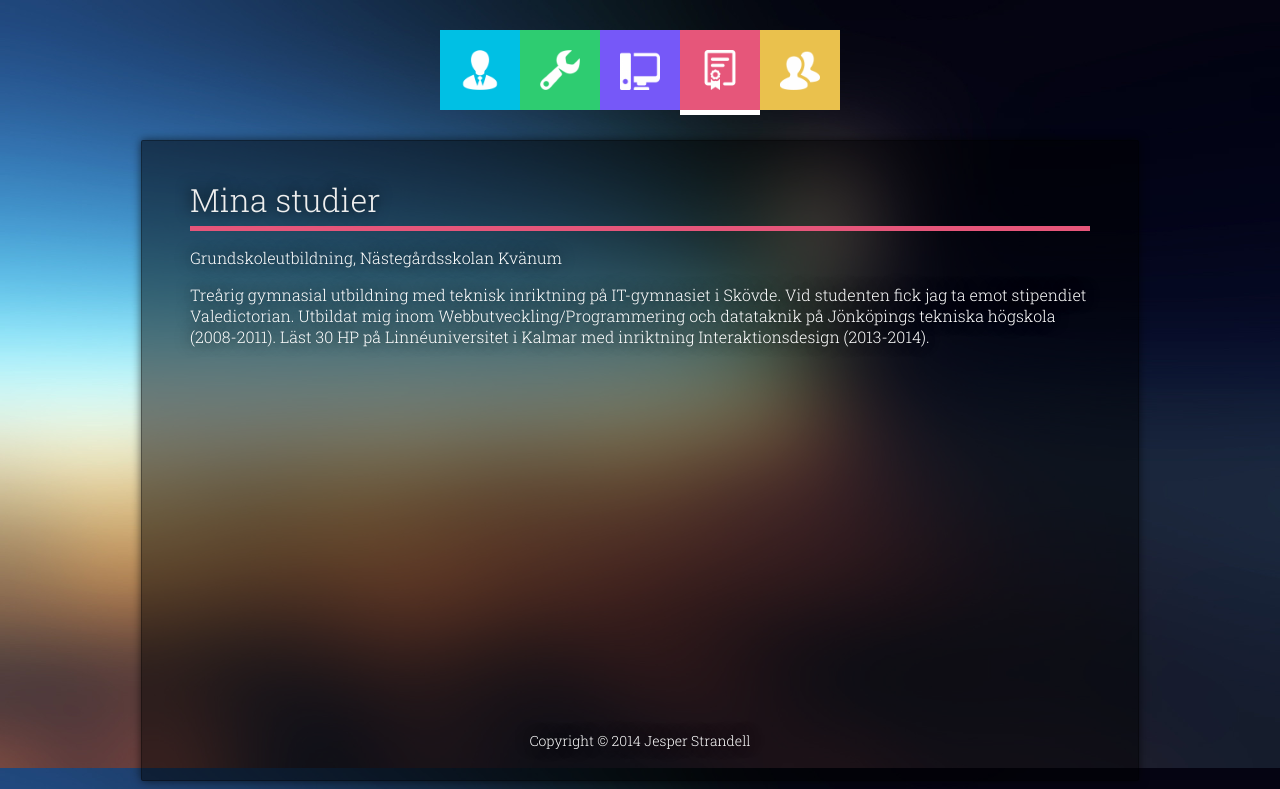
Repository: ja222vv/minipage
Page: pages/portfolio.html
The author's editor kept a record of every edit. The page is drawn from the files as they stood at one moment, then again after the next edit.
The browser window is 1280 px wide. The pictures show the whole page.
Backgrounds fixed to the window are drawn as part of the page.

Above is the page before.
Not found: pages/scripts/script.js

After the next edit:
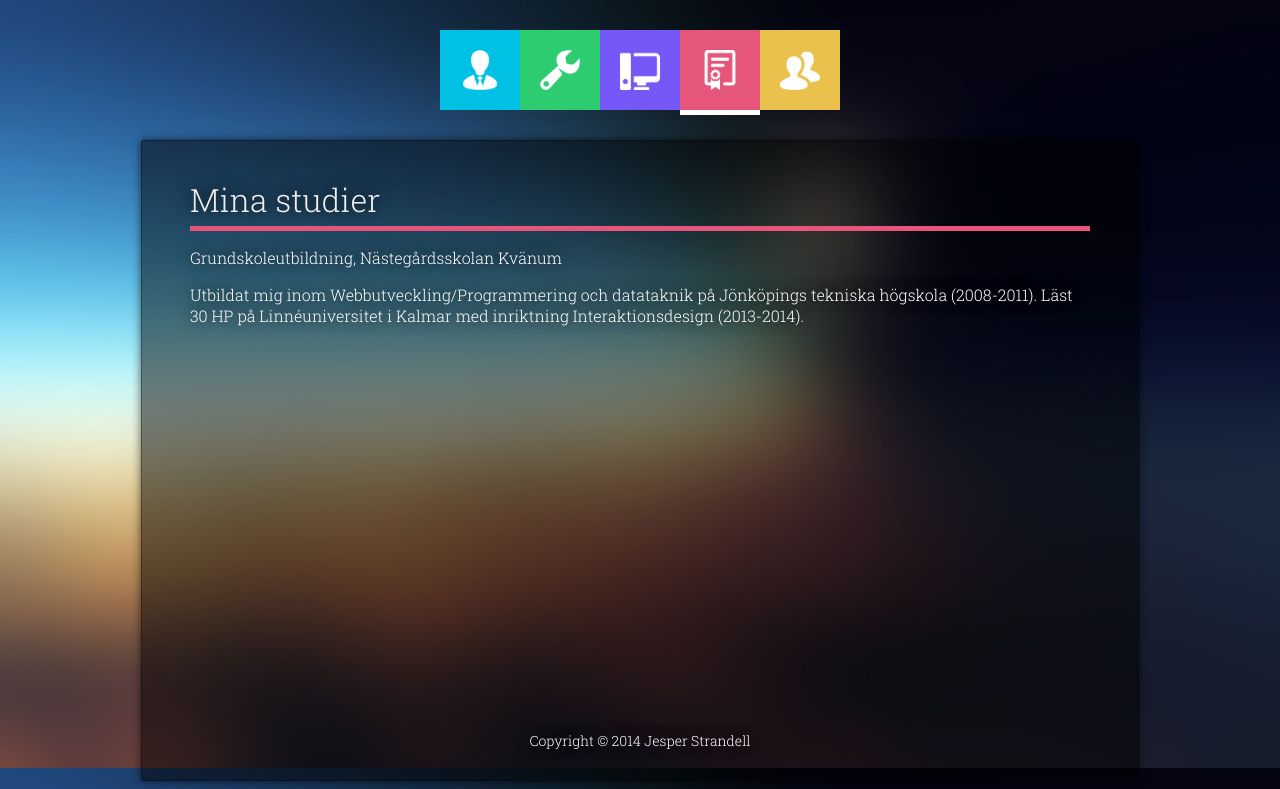
The edit:
--- a/pages/portfolio.html
+++ b/pages/portfolio.html
@@ -50,7 +50,7 @@
                 <p>
 
                 </p>
-Treårig gymnasial utbildning med teknisk inriktning på IT-gymnasiet i Skövde. Vid studenten fick jag ta emot stipendiet Valedictorian.
+
 Utbildat mig inom Webbutveckling/Programmering och datataknik på Jönköpings tekniska högskola (2008-2011).
 Läst 30 HP på Linnéuniversitet i Kalmar med inriktning Interaktionsdesign (2013-2014).
 
